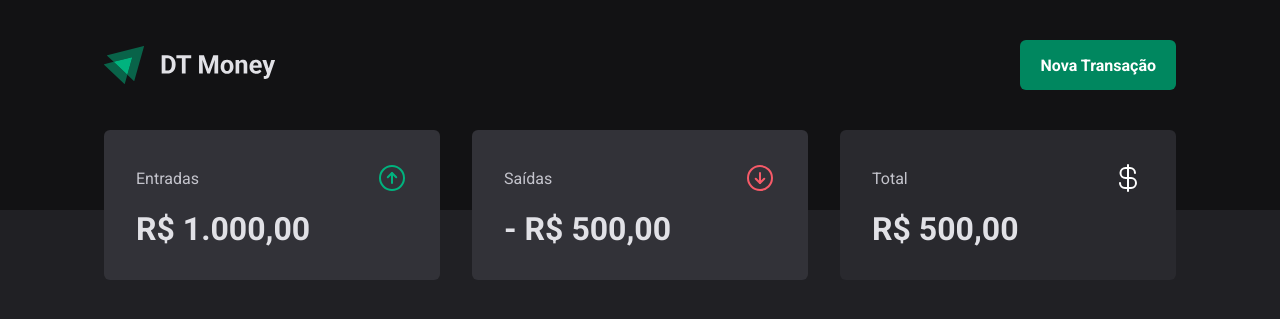
Repository: guilhermecardoso93/dtmoney-reactjs-ignite
Page: /
The author's editor kept a copy of each file at every save. The page is drawn from the files as they stood at one save, then again after the next save.
The browser window is 1280 px wide. The pictures show the whole page.
The project was rebuilt for these pictures with package versions that can differ from the ones it lists, and the page was loaded fresh each time. Also part of the build but not shown: vite.config.ts.

Above is the page before, as saved 2022-08-15 21:19:16.

### index.html
<!DOCTYPE html>
<html lang="pt-BR">
  <head>
    <meta charset="UTF-8" />
    <link rel="icon" type="image/svg+xml" href="/vite.svg" />
    <link rel="preconnect" href="https://fonts.googleapis.com" />
    <link rel="preconnect" href="https://fonts.gstatic.com" crossorigin />
    <link
      href="https://fonts.googleapis.com/css2?family=Fredoka+One&family=Roboto:wght@300;400;500;700&display=swap"
      rel="stylesheet"
    />
    <meta name="viewport" content="width=device-width, initial-scale=1.0" />
    <title>Dt Money 2022</title>
  </head>
  <body>
    <div id="root"></div>
    <script type="module" src="/src/main.tsx"></script>
  </body>
</html>

### src/App.tsx
import { ThemeProvider } from "styled-components";
import { Header } from "./components/Header";
import { Summary } from "./components/Summary";
import { GlobalStyle } from "./styles/global";
import { defaultTheme } from "./styles/themes/default";

export function App() {
  return (
    <ThemeProvider theme={defaultTheme}>
      <GlobalStyle />
      <Header />
      <Summary />
    </ThemeProvider>
  );
}

### src/components/Header/index.tsx
import { HeaderContainer, HeaderContent, NewTransactionButton } from "./styles";
import LogoImg from "../../assets/logo.svg";

export function Header() {
  return (
    <HeaderContainer>
      <HeaderContent>
        <img src={LogoImg} alt="" />
        <NewTransactionButton>Nova Transação</NewTransactionButton>
      </HeaderContent>
    </HeaderContainer>
  );
}

### src/components/Summary/index.tsx
import { ArrowCircleDown, ArrowCircleUp, CurrencyDollar } from "phosphor-react";
import { SummaryCard, SummaryContainer } from "./styles";

export function Summary() {
  return (
    <SummaryContainer>
      <SummaryCard>
        <header>
          <span>Entradas</span>
          <ArrowCircleUp size={32} color="#00b37e" />
        </header>
        <strong>R$ 1.000,00</strong>
      </SummaryCard>
      <SummaryCard>
        <header>
          <span>Saídas</span>
          <ArrowCircleDown size={32} color="#f75a68" />
        </header>
        <strong> - R$ 500,00</strong>

      </SummaryCard>
      <SummaryCard variant="green">
        <header>
          <span>Total</span>
          <CurrencyDollar size={32} color="#fff" />
        </header>
        <strong>R$ 500,00</strong>
      </SummaryCard>
    </SummaryContainer>
  );
}

### src/styles/global.ts
import { createGlobalStyle } from "styled-components";

export const GlobalStyle = createGlobalStyle`
* {
  margin: 0;
  padding: 0;
  box-sizing: border-box;
}

:focus {
  outline: 0;
  box-shadow:0 0 0 2ox ${(props) => props.theme["green-500"]} ;
}

body {
  background-color: ${(props) => props.theme["gray-800"]};
  color:${(props) => props.theme["gray-100"]}
}

body, input, text-area, button {
  font:400 1rem 'Roboto' ;
}
`;

### src/components/Header/styles.ts
import styled from "styled-components";

export const HeaderContainer = styled.header`
background-color: ${(props) => props.theme["gray-900"]};
padding: 2.5rem 0 7.5rem;
`;

export const HeaderContent = styled.div`
  width: 100%;
  max-width: 1120px;
  margin: 0 auto;
  padding: 0 1.5rem;

  display: flex;
  justify-content: space-between;
  align-items: center;
`;

export const NewTransactionButton = styled.button`
  height: 50px;
  border: 0;
  background-color: ${(props) => props.theme["green-500"]};
  color:${(props) => props.theme.white};
  font-weight:bold;
  padding: 0 1.25rem;
  border-radius: 6px;
  cursor: pointer;
  transition: background-color 0.2s;

  &:hover {
    background-color: ${(props) => props.theme["green-700"]};
  }
`;

### src/components/Summary/styles.ts
import styled, { css } from "styled-components";

export const SummaryContainer = styled.section`
  width: 100%;
  max-width: 1120px;
  margin: 0 auto;
  padding: 0 1.5rem;

  display:grid;
  grid-template-columns:  repeat(3, 1fr);
  gap: 2rem;

  margin-top: -5rem;
  `;

interface SummaryCardProps {
  variant?: "green";
}

export const SummaryCard = styled.div<SummaryCardProps>`
  background-color: ${(props) => props.theme["gray-600"]};
  border-radius: 6px;
  padding: 2rem;

  header{
    display: flex;
    align-items: center;
    justify-content: space-between;
    color: ${(props) => props.theme["gray-300"]};
  }

  strong {
    display: block;
    font-size: 2rem;
    margin-top: 1rem;
  }

  ${(props) =>
  props.variant === "green" && css`
    background-color: ${(props) => props.theme["gray-700"]};
  `}

`;

Loaded but not shown: src/main.tsx (common file); src/styles/themes/default.ts (common file)

After the next save:
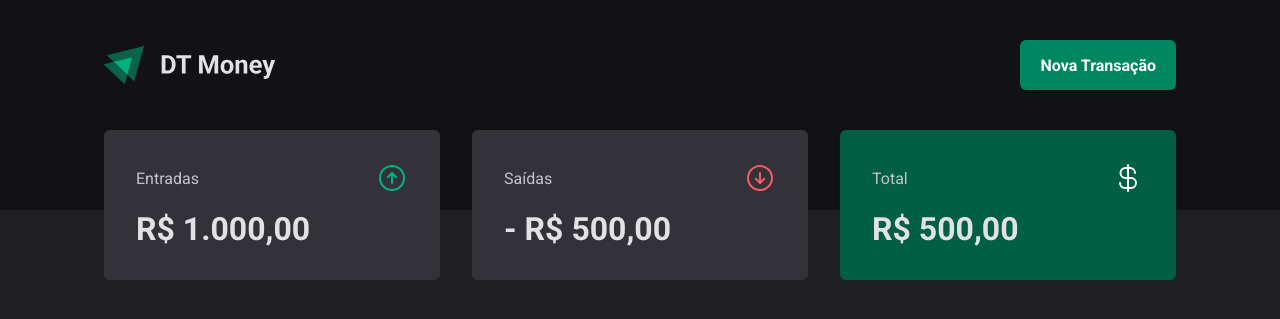
Saved 1 s later.
--- a/src/components/Summary/styles.ts
+++ b/src/components/Summary/styles.ts
@@ -37,7 +37,7 @@ export const SummaryCard = styled.div<SummaryCardProps>`
 
   ${(props) =>
   props.variant === "green" && css`
-    background-color: ${(props) => props.theme["gray-700"]};
+    background-color: ${(props) => props.theme["green-700"]};
   `}
 
 `;
